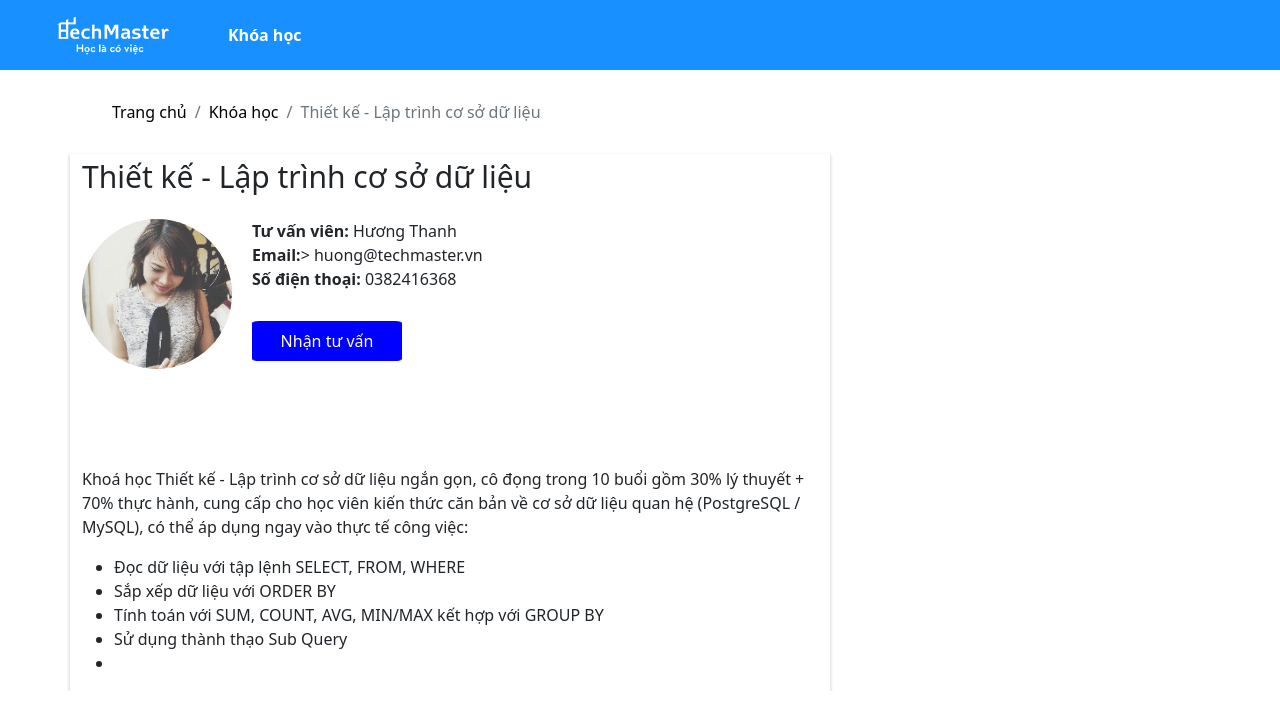
Repository: khanhnahk306/khanhnahk.github.io
Page: Clone_Techmaster/html/database.html
The author's editor kept a copy of each file at every save. The page is drawn from the files as they stood at one save, then again after the next save.
The browser window is 1280 px wide. The pictures show the whole page.

Above is the page before, as saved 2022-06-10 13:33:34.

### Clone_Techmaster/html/database.html
<!DOCTYPE html>
<html lang="en">

<head>
    <meta charset="UTF-8">
    <meta http-equiv="X-UA-Compatible" content="IE=edge">
    <meta name="viewport" content="width=device-width, initial-scale=1.0">
    <title>TechMaster</title>
    <link href="https://cdn.jsdelivr.net/npm/bootstrap@5.0.2/dist/css/bootstrap.min.css" rel="stylesheet"
        integrity="sha384-EVSTQN3/azprG1Anm3QDgpJLIm9Nao0Yz1ztcQTwFspd3yD65VohhpuuCOmLASjC" crossorigin="anonymous">
    <link rel="stylesheet" href="../css/style.css">
    <nav class="navbar navbar-expand-md navbar-dark" style="background-color: #1890ff; height: 70px;">
        <div class="image">
            <a href="../html/index.html">
                <img src="../picture/Capture.PNG" style="margin-left: 50px; width: 120px; ">
            </a>
        </div>
        <button class="navbar-toggler" type="button" data-toggle="collapse" data-target="#collapsibleNavbar">
            <span class="navbar-toggler-icon"></span>
        </button>
        <div class="collapse navbar-collapse" id="collapsibleNavbar">
            <ul class="navbar-nav">
                <li class="nav-item">
                    <a class="nav-link" href="#" style="margin-left: 50px; font-weight: bolder; color: white;">Khóa
                        học</a>
                </li>
            </ul>
        </div>
    </nav>
    <style>
        button {
            width: 150px;
            height: 40px;
            margin-top: 30px;
            background-color: blue;
            color: #fff;
            border-radius: 5%;
            border: 1px solid blue;
        }

        img {
            border-radius: 50%;
            -moz-border-radius: 50%;
            -webkit-border-radius: 50%;
        }
    </style>
</head>

<body>
    <div class="container">
        <div class="row">
            <div class="col-12">
                <ul class="breadcrumb" style="margin: 30px;">
                    <li class="breadcrumb-item"><a href="../html/index.html">Trang chủ</a></li>
                    <li class="breadcrumb-item"><a href="#">Khóa học</a></li>
                    <li class="breadcrumb-item active" aria-current="page">Thiết kế - Lập trình cơ sở dữ liệu
                    </li>
                </ul>
            </div>
        </div>
        <div class="row">
            <div class="col-sm-12 col-md-8" style="box-shadow: 0 2px 3px 1px rgb(0 0 0 / 15%);">
                <div class="title" style="margin-bottom: 20px; font-size: 30px;">Thiết kế - Lập trình cơ sở dữ liệu
                </div>
                <div class="support" style="display: flex;">
                    <div class="support-left">
                        <img src="../picture/avatar.png">
                    </div>
                    <div class="support-right" style="margin-left: 20px;">
                        <span><b>Tư vấn viên:</b> Hương Thanh</span><br>
                        <span><b>Email:</b>> huong@techmaster.vn</span><br>
                        <span><b>Số điện thoại:</b> 0382416368</span><br>
                        <button type="button">Nhận tư vấn</button>
                    </div>
                </div>
                <div class="content">
                    <br><br>
                    <p>
                        Khoá học Thiết kế - Lập trình cơ sở dữ liệu ngắn gọn, cô đọng trong 10 buổi gồm 30% lý thuyết +
                        70% thực hành, cung cấp cho học viên kiến thức căn bản về cơ sở dữ liệu quan hệ (PostgreSQL /
                        MySQL), có thể áp dụng ngay vào thực tế công việc:
                    </p>
                    <ul>
                        <li>Đọc dữ liệu với tập lệnh SELECT, FROM, WHERE</li>
                        <li>Sắp xếp dữ liệu với ORDER BY</li>
                        <li>Tính toán với SUM, COUNT, AVG, MIN/MAX kết hợp với GROUP BY</li>
                        <li>Sử dụng thành thạo Sub Query</li>
                        <li>
                    </ul>
                </div>
            </div>
        </div>
    </div>
</body>

</html>

### Clone_Techmaster/css/style.css
html,
body {
    width: auto !important;
    overflow-x: hidden !important;
}

* {
    box-sizing: border-box;
}

a {
    text-decoration: none;
    color: black;
}

h1 {
    text-align: center;
    color: black;
}

h2 {
    margin-left: 10px;
    font-size: 20px;
}

p {
    margin-top: 50px;
}

.md-radio {
    font-size: 25px;
}

.search {
    margin-right: 523px;
    margin-left: 7px;
    margin-top: 15px;
    width: 270px;
    border-radius: 2%;
    border: 1px solid white;
}

.container {
    margin: auto;
    display: flex;
    flex-wrap: wrap;
}

.row {
    width: 1200px;
}

.picture {
    width: 270px;
    height: 270px;
    border-radius: 2% 2% 0 0;
    object-fit: cover;
}

.box {
    width: 270px;
    margin: 15px;
    background-color: white;
    border-radius: 2%;
    box-shadow: 0 2px 3px 1px rgb(0 0 0 / 15%);
}

.description {
    max-width: 100px;
    margin-left: 10px;
    margin-right: 10px;
}

.box:hover {
    transform: scale(1);
    transition: 1s;
    opacity: 1.0;
    filter: drop-shadow(5px 10px 5px gray);
}

After the next save:
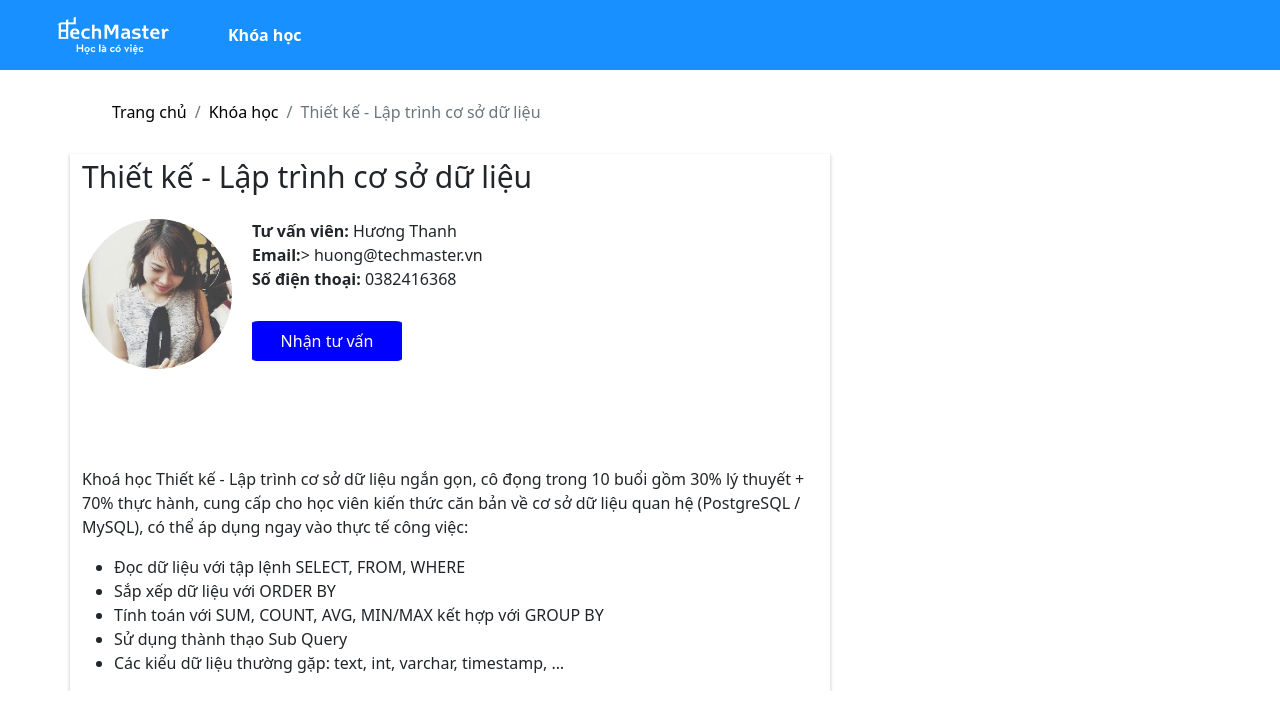
Saved 7 s later.
--- a/Clone_Techmaster/html/database.html
+++ b/Clone_Techmaster/html/database.html
@@ -85,7 +85,7 @@
                         <li>Sắp xếp dữ liệu với ORDER BY</li>
                         <li>Tính toán với SUM, COUNT, AVG, MIN/MAX kết hợp với GROUP BY</li>
                         <li>Sử dụng thành thạo Sub Query</li>
-                        <li>
+                        <li>Các kiểu dữ liệu thường gặp: text, int, varchar, timestamp, …</li>
                     </ul>
                 </div>
             </div>
